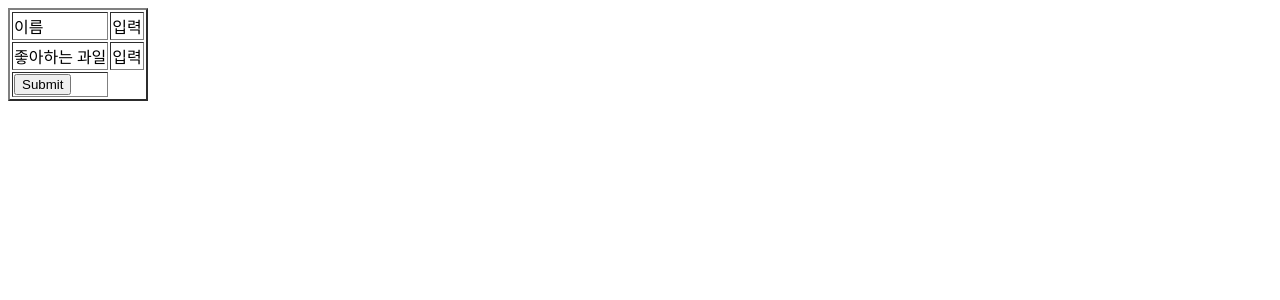
Repository: Jipumpkin/WebServer
Page: JSP2/src/main/webapp/input_info.html
An editor plug-in stored every save of this project. The page is shown before and after the next save, followed by the edit.
The browser window is 1280 px wide. The pictures show the whole page.

Above is the page before, as saved 2024-08-07 02:33:27.

### JSP2/src/main/webapp/input_info.html
<!DOCTYPE html>
<html>
<head>
<meta charset="EUC-KR">
<title>Insert title here</title>
</head>
<body>

	<table border="2px solid">
		<tr>
			<td>이름</td>
			<td>입력</td>
		</tr>
		<tr>
			<td>좋아하는 과일</td>
			<td>입력</td>
		</tr>
		<tr colspan="2">
			<td><input type="submit"> </td>
		</tr>

	</table>

</body>
</html>

After the next save:
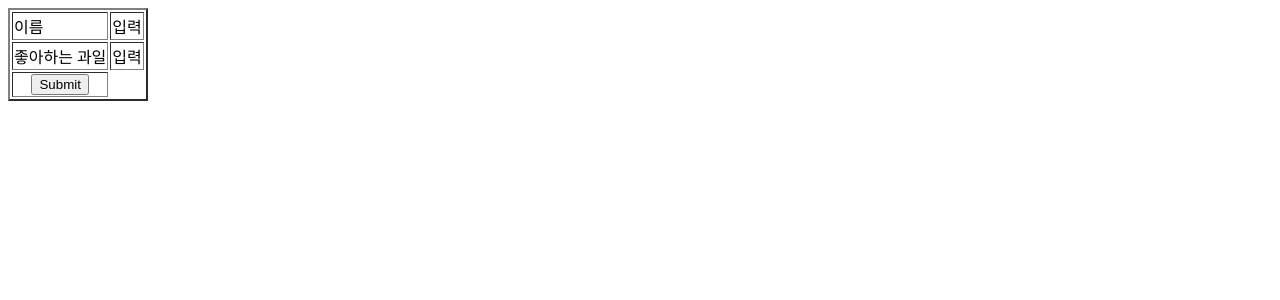
Saved 62 s later.
--- a/JSP2/src/main/webapp/input_info.html
+++ b/JSP2/src/main/webapp/input_info.html
@@ -4,6 +4,13 @@
 <meta charset="EUC-KR">
 <title>Insert title here</title>
 </head>
+	<style>
+		.sub {
+			text-align: center;
+		}
+
+	</style>
+
 <body>
 
 	<table border="2px solid">
@@ -16,7 +23,7 @@
 			<td>입력</td>
 		</tr>
 		<tr colspan="2">
-			<td><input type="submit"> </td>
+			<td class="sub"><input type="submit"> </td>
 		</tr>
 
 	</table>

After the save that followed:
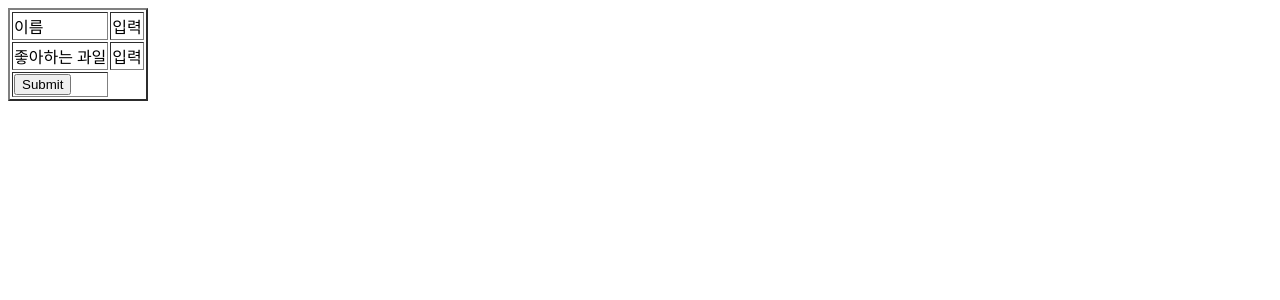
Saved 7 s later.
--- a/JSP2/src/main/webapp/input_info.html
+++ b/JSP2/src/main/webapp/input_info.html
@@ -6,7 +6,7 @@
 </head>
 	<style>
 		.sub {
-			text-align: center;
+
 		}
 
 	</style>
